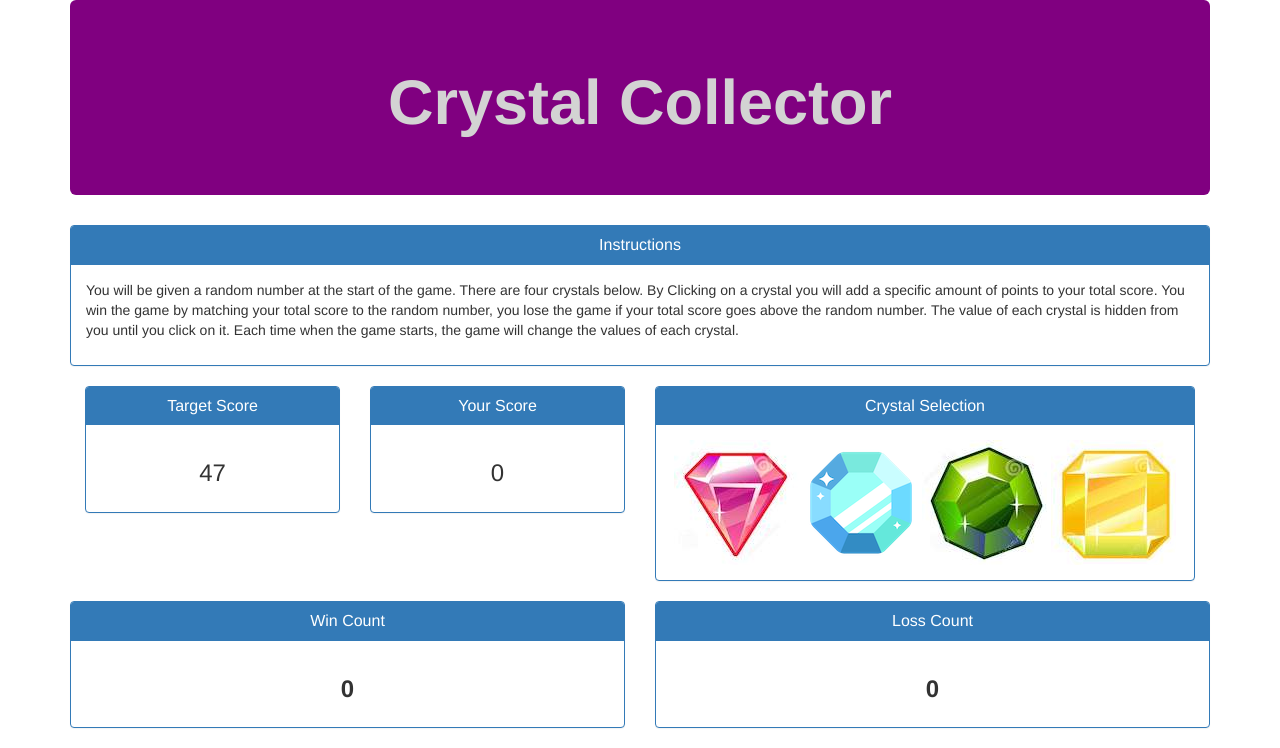
Repository: mikecherry1/week-4-game
Page: index.html
The author's editor kept a copy of each file at every save. The page is drawn from the files as they stood at one save, then again after the next save.
The browser window is 1280 px wide. The pictures show the whole page.
Some web libraries are served in a nearby version.

Above is the page before, as saved 2017-11-21 19:59:44.

### index.html
<!doctype html>
<html lang="en">
  <head>

    <!-- Required meta tags -->
    <meta charset="utf-8">
    <meta name="viewport" content="width=device-width, initial-scale=1, shrink-to-fit=no">

    <!-- Bootstrap CSS -->
    <link rel="stylesheet" <link href="https://maxcdn.bootstrapcdn.com/bootstrap/3.3.7/css/bootstrap.min.css" rel="stylesheet" integrity="sha384-BVYiiSIFeK1dGmJRAkycuHAHRg32OmUcww7on3RYdg4Va+PmSTsz/K68vbdEjh4u"
        crossorigin="anonymous">
        <title>Crystal Collector</title>
  </head>
  <body>

    <div class="container">

        <div class="jumbotron" style= "background-color: purple; color: lightgrey;">
        <div class="container">
            <h1 class="text-center"><strong>Crystal Collector</strong></h1>
        </div>
    </div>

    <div class="row">
        <div class="col-lg-12">
            <div class="panel panel-primary">
                <div class="panel-heading">
                    <h3 class="panel-title text-center">Instructions</h3>
                </div>
                <div class="panel-body">
                    <p>You will be given a random number at the start of the game. There are four crystals below. By Clicking on a crystal you will add a specific amount of points to your total score. You win the game by matching your total score to the random number, you lose the game if your total score goes above the random number. The value of each crystal is hidden from you until you click on it. Each time when the game starts, the game will change the values of each crystal.</p>
            </div>
        </div>
    </div>

    </div>

    <div class="col-lg-3">

        <div class="panel panel-primary">
            <div class="panel-heading">
                <h3 class="panel-title text-center">Target Score</h3>
            </div>
            <div class="panel-body">
                <h3 class="text-center" id= "targetScore"></h3>
            </div>
        </div>
    </div>

        <div class="col-lg-3">

            <div class="panel panel-primary">
                <div class="panel-heading">
                    <h3 class="panel-title text-center">Your Score</h3>
                </div>
                <div class="panel-body">
                    <h3 class="text-center"  id= "yourScore"></h3>
                </div>
            </div>
        </div>

        <div class="col-lg-6">
            <div class="panel panel-primary">
                <div class="panel-heading">
                    <h3 class="panel-title text-center">Crystal Selection</h3>
                </div>
                <div class="panel-body text-center">
                    <img src="assets/images/pink_gem.jpg" alt="" id="pink">
                    <img src="assets/images/blue-crystal.png" alt="" id="blue">
                    <img src="assets/images/green_gem.jpg" alt="" id="green">
                    <img src="assets/images/yellow_gem.jpg" alt="" id="yellow">
                </div>
            </div>
        </div>

    <div class="row">

        <div class="col-lg-6">
            <div class="panel panel-primary">
                <div class="panel-heading">
                    <h3 class="panel-title text-center">Win Count</h3>
                </div>
                <div class="panel-body">
                    <h3 class="text-center">
                        <strong>0</strong>
                    </h3>
                </div>
            </div>
        </div>

        <div class="col-lg-6">
            <div class="panel panel-primary">
                <div class="panel-heading">
                    <h3 class="panel-title text-center">Loss Count</h3>
                </div>
                <div class="panel-body">
                    <h3 class="text-center">
                        <strong>0</strong>
                    </h3>
                </div>
            </div>
        </div>
    </div>


    <script src="https://code.jquery.com/jquery-3.2.1.slim.min.js" integrity="sha384-KJ3o2DKtIkvYIK3UENzmM7KCkRr/rE9/Qpg6aAZGJwFDMVNA/GpGFF93hXpG5KkN"
        crossorigin="anonymous"></script>
    <script src="https://cdnjs.cloudflare.com/ajax/libs/popper.js/1.12.3/umd/popper.min.js" integrity="sha384-vFJXuSJphROIrBnz7yo7oB41mKfc8JzQZiCq4NCceLEaO4IHwicKwpJf9c9IpFgh"
        crossorigin="anonymous"></script>
    <script src="assets/javascript/game.js"></script>
    <script src="https://maxcdn.bootstrapcdn.com/bootstrap/3.3.7/js/bootstrap.min.js" integrity="sha384-Tc5IQib027qvyjSMfHjOMaLkfuWVxZxUPnCJA7l2mCWNIpG9mGCD8wGNIcPD7Txa"
        crossorigin="anonymous"></script>

</body>
</html>

### assets/javascript/game.js
var crystal = {
    pink:
    {
        name: "Pink",
        value: 0
    },
    blue:
    {
        name: "Blue",
        value: 0
    },
    green:
    {
        name: "Green",
        value: 0
    },
    yellow:
    {
        name: "Yellow",
        value: 0
    }
};

var currentScore    = 0;
var targetScore     = 0;

var winCount        = 0;
var lossCount       = 0;


var getRandom = function(min,max) {
    return Math.floor(Math.random() * (max - min + 1)) + min;
}

var startGame = function() {

    var currentScore = 0;

    targetScore =           getRandom(19,120);

    crystal.pink.value =    getRandom(1, 12);
    crystal.blue.value =    getRandom(1, 12);
    crystal.green.value =   getRandom(1, 12);
    crystal.yellow.value =  getRandom(1, 12);

    $("#yourScore").html(currentScore);
    $("#targetScore").html(targetScore);
}

var addValues = function(crystal) {

    currentScore = currentScore + crystal.value;

    $("#yourScore").html(currentScore);

    checkWin();
}

var checkWin = function() {
    if(currentScore > targetScore) {
        alert("Your score's too high, You've lost!");

        lossCount++;
    }
    else if (currentScore == targetScore) {
        alert("Congrats, 'You've Won!");

        winCount ++;
    }
}


startGame();

$("#pink").click(function() {
    addValues(crystal.pink);
});

$("#blue").click(function() {
    addValues(crystal.blue);
});

$("#green").click(function() {
    addValues(crystal.green);
});

$("#yellow").click(function() {
    addValues(crystal.yellow);
});

After the next save:
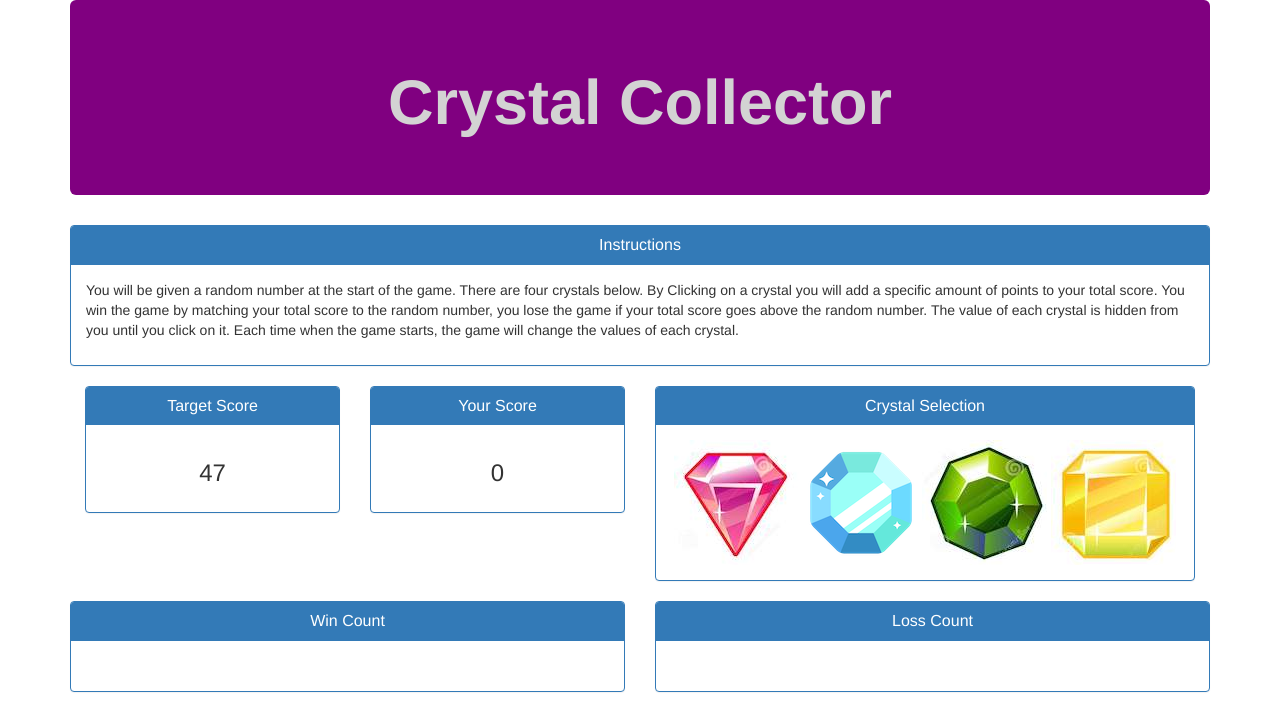
Saved 2 min 37 s later.
--- a/index.html
+++ b/index.html
@@ -81,9 +81,7 @@
                     <h3 class="panel-title text-center">Win Count</h3>
                 </div>
                 <div class="panel-body">
-                    <h3 class="text-center">
-                        <strong>0</strong>
-                    </h3>
+                    <h3 class="text-center" id="winCount"></h3>
                 </div>
             </div>
         </div>
@@ -94,9 +92,7 @@
                     <h3 class="panel-title text-center">Loss Count</h3>
                 </div>
                 <div class="panel-body">
-                    <h3 class="text-center">
-                        <strong>0</strong>
-                    </h3>
+                    <h3 class="text-center" id="lossCount"></h3>
                 </div>
             </div>
         </div>

After the save that followed:
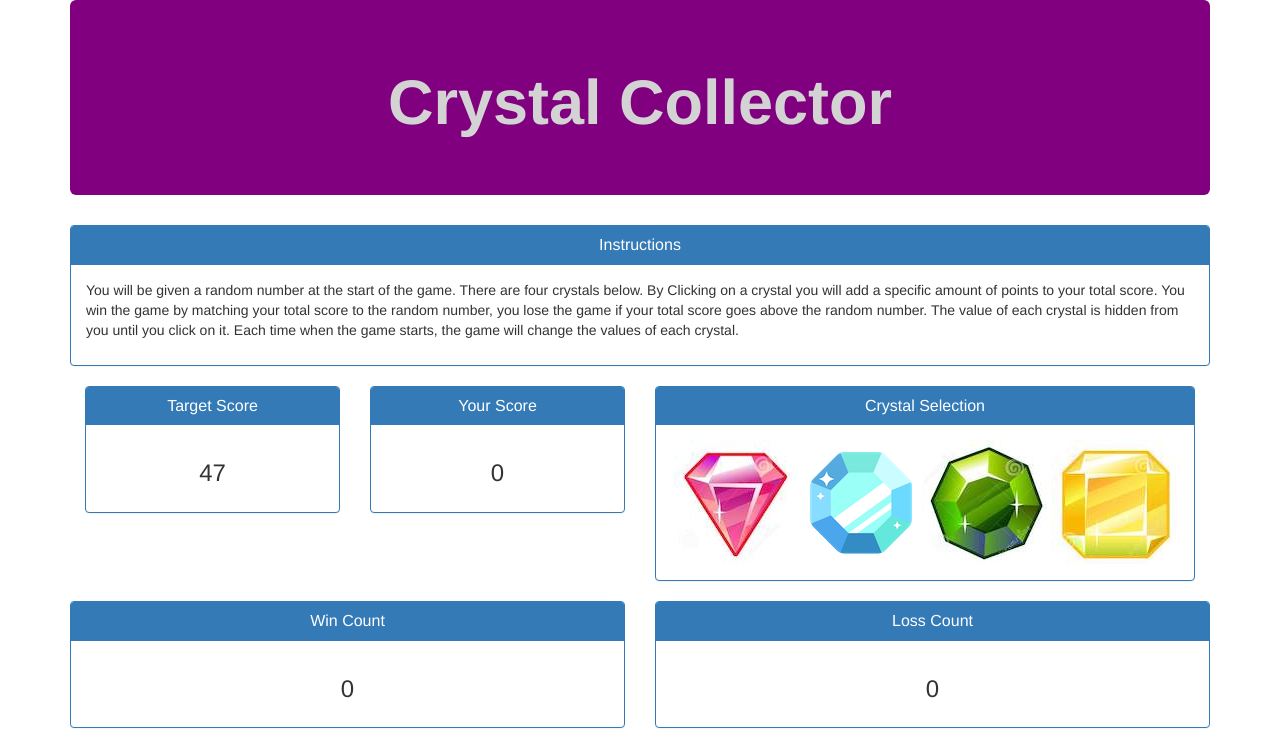
Saved 58 s later.
--- a/index.html
+++ b/index.html
@@ -81,7 +81,7 @@
                     <h3 class="panel-title text-center">Win Count</h3>
                 </div>
                 <div class="panel-body">
-                    <h3 class="text-center" id="winCount"></h3>
+                    <h3 class="text-center" id="winCount">0</h3>
                 </div>
             </div>
         </div>
@@ -92,7 +92,7 @@
                     <h3 class="panel-title text-center">Loss Count</h3>
                 </div>
                 <div class="panel-body">
-                    <h3 class="text-center" id="lossCount"></h3>
+                    <h3 class="text-center" id="lossCount">0</h3>
                 </div>
             </div>
         </div>
--- a/assets/javascript/game.js
+++ b/assets/javascript/game.js
@@ -61,6 +61,8 @@ var checkWin = function() {
         alert("Your score's too high, You've lost!");
 
         lossCount++;
+
+        $
     }
     else if (currentScore == targetScore) {
         alert("Congrats, 'You've Won!");
